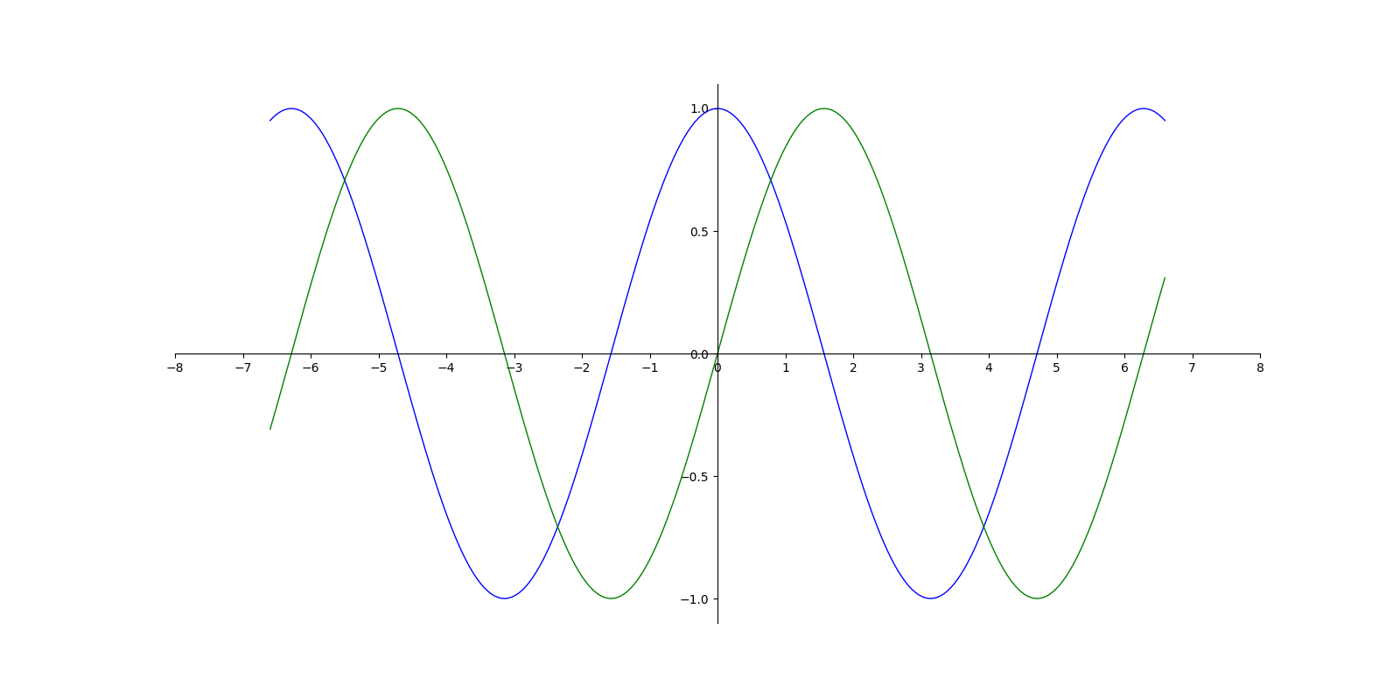
Repository: Jaamunozr/Archivos-python
Script's output: python Archivos Python/Graficas/ejecutable.py
The author's editor kept a copy of each file at every save. The script's output is drawn from the files as they stood at one save, then again after the next save.
Figures wider than 1,400 px are first shrunk to that width. Animations are shown at an early frame. Random numbers start from a fixed seed.

Above is the script's output before, as saved 2020-02-16 21:32:27.

After the next save:
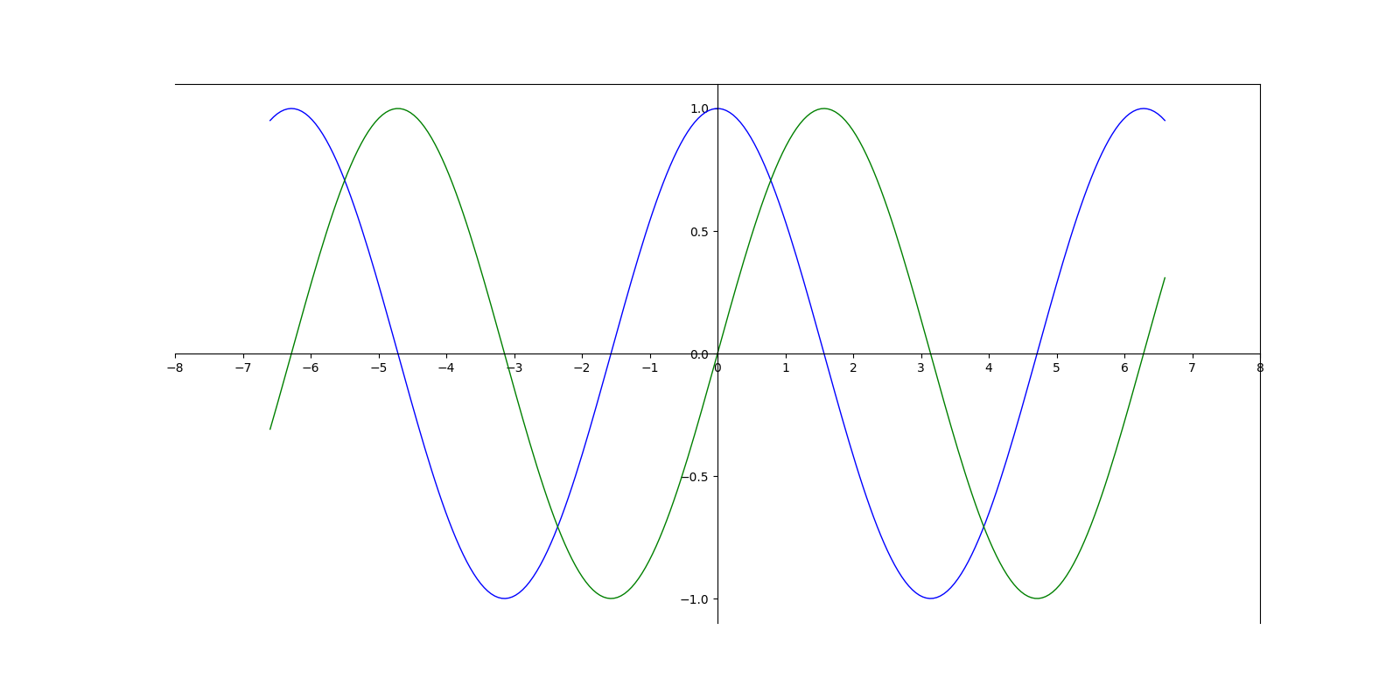
Saved 13 s later.
--- a/Archivos Python/Graficas/ejecutable.py
+++ b/Archivos Python/Graficas/ejecutable.py
@@ -33,8 +33,8 @@ pl.xticks([-np.pi, -np.pi/2, 0, np.pi/2, np.pi])
 pl.yticks([-1, 0, +1]) '''
 
 ax = pl.gca()  # gca stands for 'get current axis'
-ax.spines['right'].set_color('none')
-ax.spines['top'].set_color('none')
+#ax.spines['right'].set_color('none')
+#ax.spines['top'].set_color('none')
 #ax.xaxis.set_ticks_position('bottom')
 ax.spines['bottom'].set_position(('data',0))
 #ax.yaxis.set_ticks_position('left')
